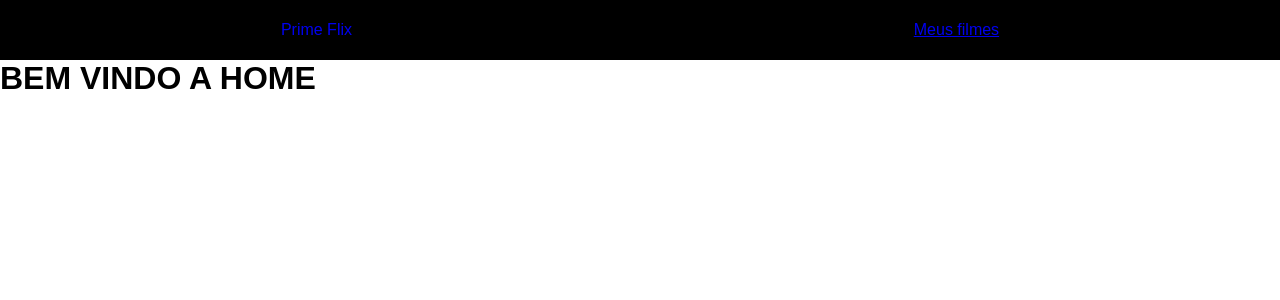
Repository: devsamuel23/primeflix_git
Page: /
These files come from the project's save history. The page is drawn as it stood at one moment and after a run of saves; the edit follows.
The browser window is 1280 px wide. The pictures show the whole page.
The project was rebuilt for these pictures with package versions that can differ from the ones it lists, and the page was loaded fresh each time. Also part of the build but not shown: src/pages/Filme/index.js.

Above is the page before, as saved 2023-05-19 15:15:51.

### src/index.css
*{
  padding: 0;
  margin: 0;
  box-sizing: border-box;
}
body{
  font-family: sans-serif;
}

.app{
  display: flex;
  width: 100%;
  justify-content: center;
  align-items: center;
  flex-direction: column;
}

### src/App.js
import RoutesApp from "./routes";

function App() {
  return (
  <div className="App">
    <RoutesApp/>
    </div>
    );
}

export default App;

### src/routes.js
import { BrowserRouter, Routes, Route } from "react-router-dom";


import Home from './pages/Home'

import Filme from "./pages/Filme";
import Header from "./components/Header";
function RoutesApp(){
    return (
      <BrowserRouter>
      <Header/>
        <Routes>
          <Route path="/" element={<Home />} />
          <Route path="/filme/:id" element={<Filme />} />
        </Routes>
      </BrowserRouter>
    );
}

export default RoutesApp;

### src/pages/Home/index.js
function home(){
    return(
        <div>
            <h1>BEM VINDO A HOME</h1>
        </div>
    )
}

export default home;

### src/components/Header/index.js
import { Link } from "react-router-dom";
import "./header.css"
function Header(){
    return(
        <header>
            <Link className="logo" to="/">Prime Flix</Link>
            <Link className="favoritos" to="/favoritos">Meus filmes</Link>
        </header>
    )
}

export default Header;

### src/components/Header/header.css
header{
    display: flex;
    align-items: center;
    justify-content: space-around;
    width: 100%;
    height: 60px;
    background-color: #000000;
}

.logo{
    text-decoration: none;
    font-size:
}

Loaded but not shown: public/index.html (common file); src/index.js (common file)

After the next 4 saves:
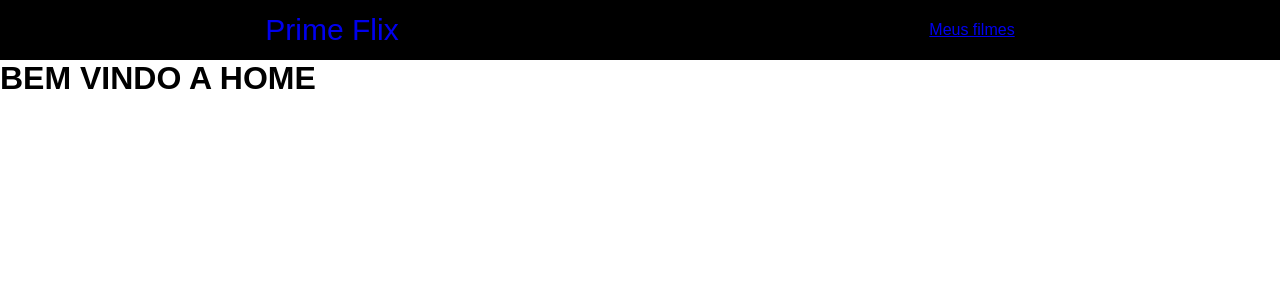
The 4 saves are shown as one change because they came seconds apart.
The last was saved 13 s later.
--- a/src/components/Header/header.css
+++ b/src/components/Header/header.css
@@ -9,5 +9,6 @@ header{
 
 .logo{
     text-decoration: none;
-    font-size:
+    font-size: 30px;
+    cursor: pointer
 }
